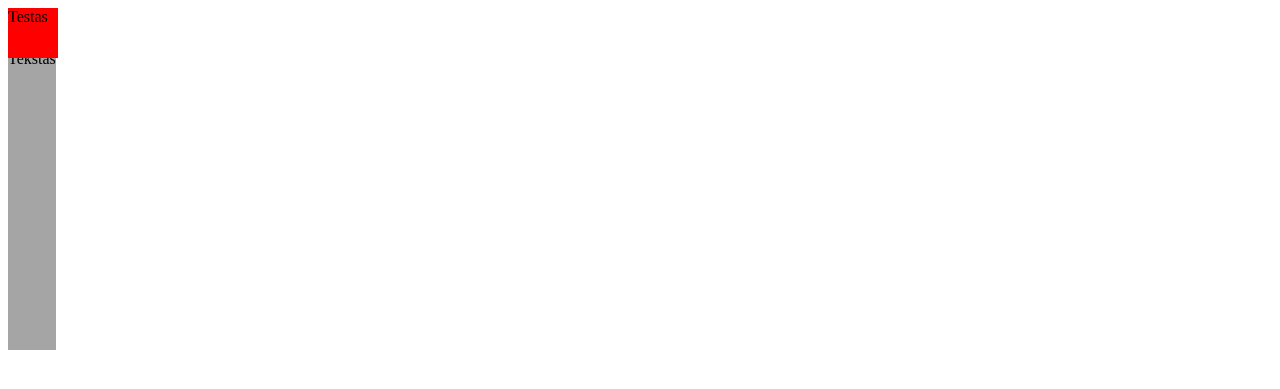
Repository: motiejus1/13-paskaita-05.31
Page: index.html
An editor plug-in stored every save of this project. The page is shown before and after a run of saves, followed by the edit.
The browser window is 1280 px wide. The pictures show the whole page.

Above is the page before, as saved 2021-06-21 19:31:54.

### index.html
<!DOCTYPE html>
<html lang="en">
<head>
    <meta charset="UTF-8">
    <meta http-equiv="X-UA-Compatible" content="IE=edge">
    <meta name="viewport" content="width=device-width, initial-scale=1.0">
    <title>13 paskaita</title>
    <style>
        .container {
            height: 300px;
            background-color: rgb(165, 165, 165) ;
            position: absolute;
            z-index: ; /**/
            top: 50px;
        }

        .kvadratelis {
            width: 50px;
            height: 50px;
            background-color: red;
            position:absolute;

        }

        .container1 {
            height: 400px;
            background-color: rgb(126, 100, 100) ;
        }
    </style>


</head>

<body>
<!-- position relative ir position absolute -->

<div class="container">
Tekstas
</div>

<div class="kvadratelis">
    Testas
</div>

</body>
</html>

After the next 2 saves:
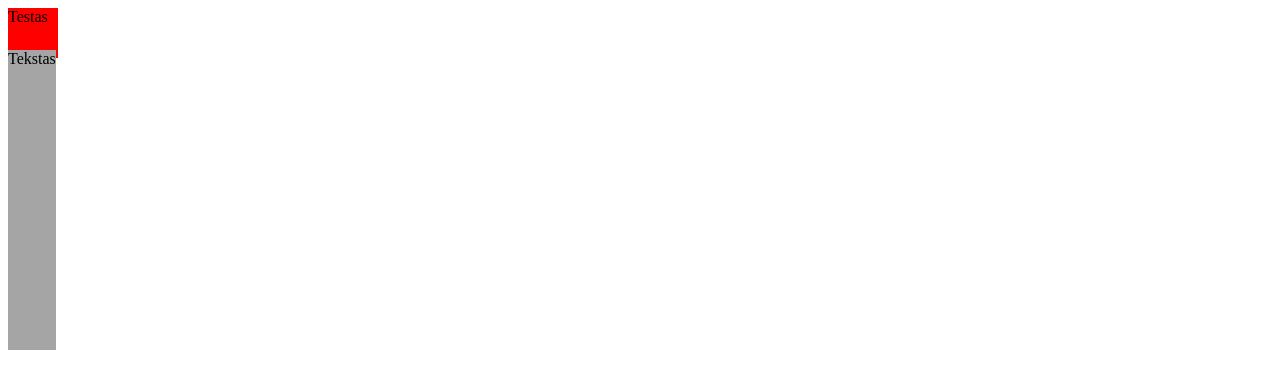
The 2 saves are shown as one change because they came seconds apart.
The last was saved 14 s later.
--- a/index.html
+++ b/index.html
@@ -10,7 +10,7 @@
             height: 300px;
             background-color: rgb(165, 165, 165) ;
             position: absolute;
-            z-index: ; /**/
+            z-index: 2 ; /**/
             top: 50px;
         }
 
